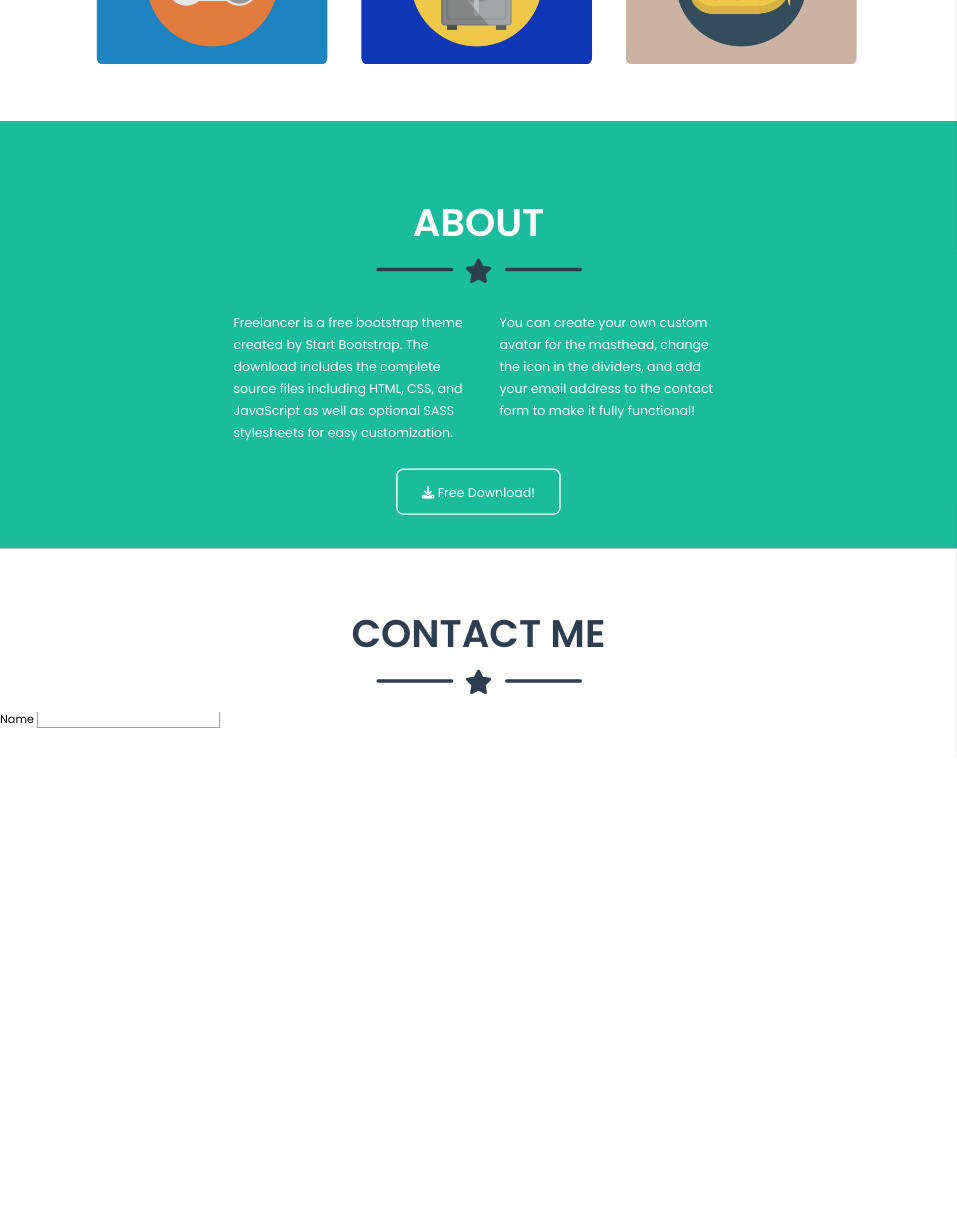
Repository: sSoRaK/web-cut-by-figma_train
Page: bai02/index.html
An editor plug-in stored every save of this project. The page is shown before and after the next save, followed by the edit.
The browser window is 1280 px wide. The page is 1367 px wide, so the pictures cover 1367 px, including what lies to the right of the window. The pictures show the part of the page from y = 1459 to 3219 px (the page is 3219 px tall), at 70% of full size.

Above is the page before, as saved 2023-06-02 14:09:41.

### bai02/index.html
<!DOCTYPE html>
<html lang="en">
  <head>
    <meta charset="UTF-8" />
    <meta http-equiv="X-UA-Compatible" content="IE=edge" />
    <meta name="viewport" content="width=device-width, initial-scale=1.0" />
    <title>Start Bootstrap</title>
    <link rel="stylesheet" href="./style.css" />
    <link
      href="https://fonts.googleapis.com/css2?family=Poppins:wght@100;200;300;400;500;600&display=swap"
      rel="stylesheet"
    />
    <link
      rel="stylesheet"
      href="https://cdnjs.cloudflare.com/ajax/libs/font-awesome/6.4.0/css/all.min.css"
      integrity="sha512-iecdLmaskl7CVkqkXNQ/ZH/XLlvWZOJyj7Yy7tcenmpD1ypASozpmT/E0iPtmFIB46ZmdtAc9eNBvH0H/ZpiBw=="
      crossorigin="anonymous"
      referrerpolicy="no-referrer"
    />
  </head>
  <body>
    <div class="container">
      <!-- header menu -->
      <header>
        <div class="header-logo">
          <h2>Start Bootstrap</h2>
        </div>
        <nav>
          <ul>
            <li><a href="#">PORTFOLIO</a></li>
            <li><a href="#">ABOUT</a></li>
            <li><a href="#">CONTACT</a></li>
          </ul>
        </nav>
      </header>
      <!-- header menu -->
      <!-- main -->
      <main>
        <!-- block 01 -->
        <section class="block01">
          <img
            src="./resources/avataaars.png"
            alt="avatar"
            srcset="./resources/avataaars.png 2x"
          />
          <h3>START BOOTSTRAP</h3>
          <div class="star-line">
            <i class="fa-solid fa-star"></i>
          </div>
          <p>Graphic Artist - Web Designer - Illustrator</p>
        </section>
        <!-- block 01 -->

        <!-- block 02 -->
        <section class="block02">
          <h4>PORTFOLIO</h4>
          <div class="star-line">
            <i class="fa-solid fa-star"></i>
          </div>
          <div class="img-list">
            <img
              src="./resources/cabin.png"
              alt="cabin"
              srcset="./resources/cabin.png 2x"
            />
            <img
              src="./resources/cake.png"
              alt="cake"
              srcset="./resources/cake.png"
            />
            <img
              src="./resources/circus.png"
              alt="circus"
              srcset="./resources/circus.png 2x"
            />
            <img
              src="./resources/game.png"
              alt="game"
              srcset="./resources/game.png 2x"
            />
            <img
              src="./resources/safe.png"
              alt="safe"
              srcset="./resources/safe.png 2x"
            />
            <img
              src="./resources/submarine.png"
              alt="submarine"
              srcset="./resources/submarine.png 2x"
            />
          </div>
        </section>
        <!-- block 02 -->

        <!-- block 03 -->
        <section class="block03">
          <h4>ABOUT</h4>
          <div class="star-line">
            <i class="fa-solid fa-star"></i>
          </div>
          <div iv class="content">
            <div class="left-content">
              Freelancer is a free bootstrap theme created by Start Bootstrap.
              The download includes the complete source files including HTML,
              CSS, and JavaScript as well as optional SASS stylesheets for easy
              customization.
            </div>
            <div class="right-content">
              You can create your own custom avatar for the masthead, change the
              icon in the dividers, and add your email address to the contact
              form to make it fully functional!
            </div>
          </div>
          <button><i class="fa-solid fa-download"></i> Free Download!</button>
        </section>
        <!-- block 03 -->

        <!-- block 04 -->
        <section class="block04">
          <h4>CONTACT ME</h4>
          <div class="star-line">
            <i class="fa-solid fa-star"></i>
          </div>
          <div class="form">
            <form action="#" method="post">
              <label for="name">Name</label>
              <input type="text" name="name" id="name" />
            </form>
          </div>
        </section>
        <!-- block 04 -->
      </main>
      <!-- main -->
    </div>
  </body>
</html>

### bai02/style.css
* {
  margin: 0;
  padding: 0;
  box-sizing: border-box;
  font-family: "Poppins", sans-serif;
  list-style: none;
  text-decoration: none;
}
body {
  background-color: #0e0e0e;
  height: 2400px;
}
.container {
  width: 1367px;
  background-color: #2c3e50;
  margin: 0 auto;
}
/* header menu */
header {
  height: 100px;
  color: #ffffff;
  display: flex;
  justify-content: space-between;
  align-items: center;
  margin: 0 155px 0 130px;
}
.header-logo {
  text-transform: uppercase;
  font-weight: 700;
  font-size: 20px;
  cursor: pointer;
}
nav ul {
  display: flex;
  gap: 40px;
}

ul li a {
  color: #ffffff;
  font-weight: 600;
  font-size: 18px;
}
/* header menu */
/* main */

/* block 01 */
.block01 {
  /* position: relative; */
  height: 680px;
  background-color: #1abc9c;
  color: #ffffff;
  text-align: center;
  padding: 102px 0;
}
.block01 img {
  width: 250px;
  height: 250px;
  margin-bottom: 30px;
}
.block01 h3 {
  font-size: 65px;
}
.star-line {
  margin-bottom: 20px;
}
.block01 p {
  font-size: 20px;
}
/* block 01 */
/* block 02 */
.block02 {
  height: 852px;
  background-color: #ffffff;
  color: #ffffff;
  padding: 80px 0;
}
.block02 h4,
.block03 h4,
.block04 h4 {
  text-align: center;
  color: #2c3e50;
  font-size: 55px;
  margin-bottom: 10px;
}
/* làm star line */
.star-line {
  position: relative;
  color: #2c3e50;
  text-align: center;
}
.fa-star {
  font-size: 35px;
}
.star-line::before {
  position: absolute;
  content: "";
  width: 110px;
  height: 5px;
  bottom: 50%;
  left: 50%;
  background-color: #2c3e50;
  transform: translateX(-133%);
  border-radius: 10px;
}
.star-line::after {
  position: absolute;
  content: "";
  width: 110px;
  height: 5px;
  bottom: 50%;
  right: 50%;
  background-color: #2c3e50;
  transform: translateX(134%);
  border-radius: 10px;
}
/* phần image list */
.img-list {
  display: grid;
  grid-template-rows: repeat(2, 240px);
  grid-template-columns: repeat(3, 330px);
  gap: 48px;
  margin: 32px 138px 0 138px;
}
.img-list img {
  width: 330px;
  height: 240px;
  object-fit: contain;
  border-radius: 10px;
}
/* block 02 */

/* block 03 */
.block03 {
  height: 610px;
  background-color: #1abc9c;
  text-align: center;
  padding: 102px 0;
}
.block03 h4 {
  color: #ffffff;
}
.content {
  display: flex;
  width: 700px;
  height: 180px;
  margin: 38px auto 45px auto;
  column-gap: 50px;
  color: #ffffff;
}
.left-content,
.right-content {
  font-size: 18px;
  line-height: 1.75em;
  text-align: left;
}
.left-content {
  width: 330px;
}
.right-content {
  width: 320px;
}
/* button */
.block03 button {
  width: 235px;
  height: 66px;
  background-color: transparent;
  border: 2px solid #ffffff;
  border-radius: 10px;
  color: #ffffff;
  cursor: pointer;
  font-size: 18px;
}
/* block 03 */

/* block 04 */
.block04 {
  height: 977px;
  background-color: #fff;
  padding: 80px 0;
}
/* block 04 */

/* main */

After the next save:
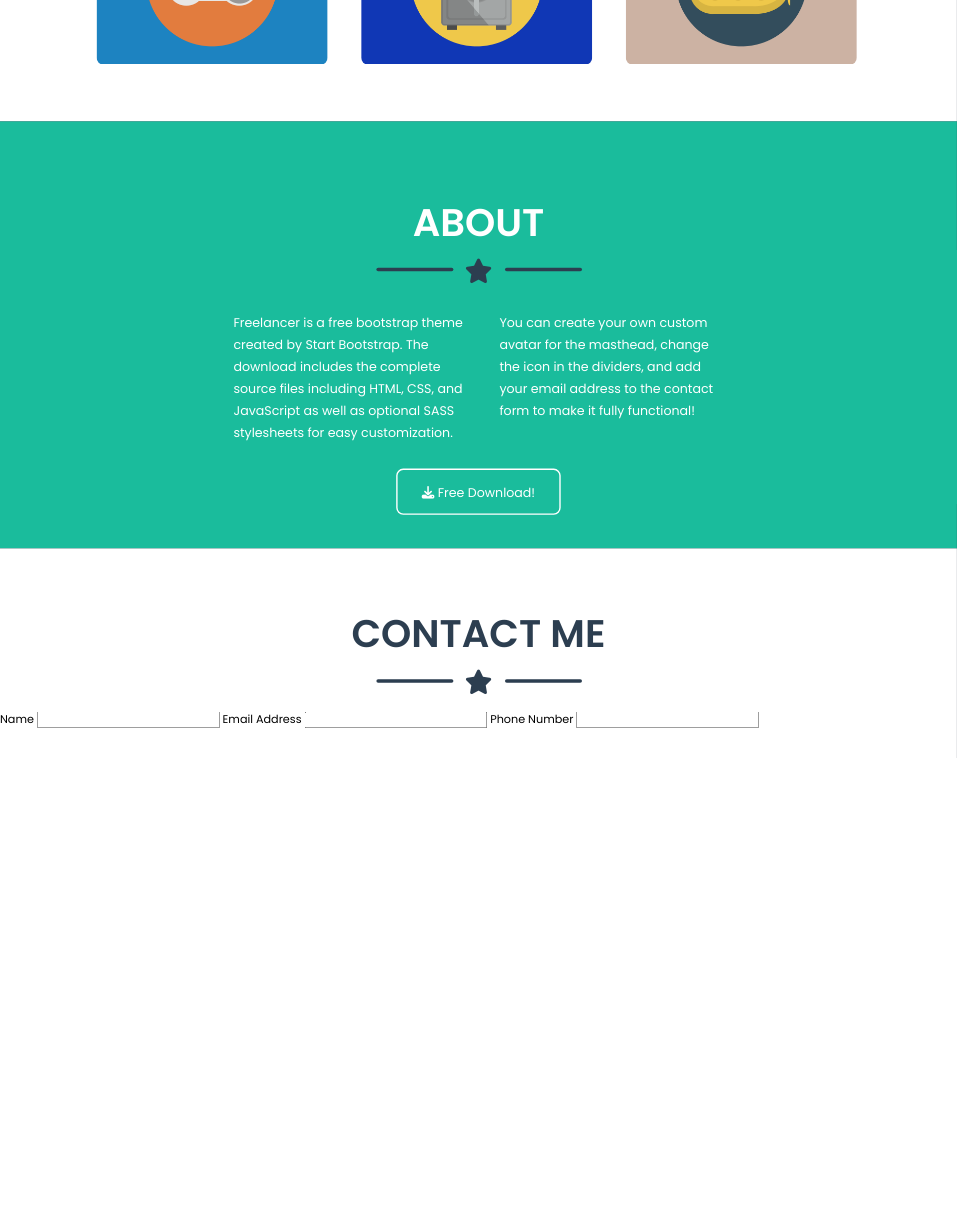
Saved 2 min 26 s later.
--- a/bai02/index.html
+++ b/bai02/index.html
@@ -125,6 +125,10 @@
             <form action="#" method="post">
               <label for="name">Name</label>
               <input type="text" name="name" id="name" />
+              <label for="email">Email Address</label>
+              <input type="email" name="email" id="email" />
+              <label for="phone-number">Phone Number</label>
+              <input type="number" name="phone-number" id="phone-number" />
             </form>
           </div>
         </section>
